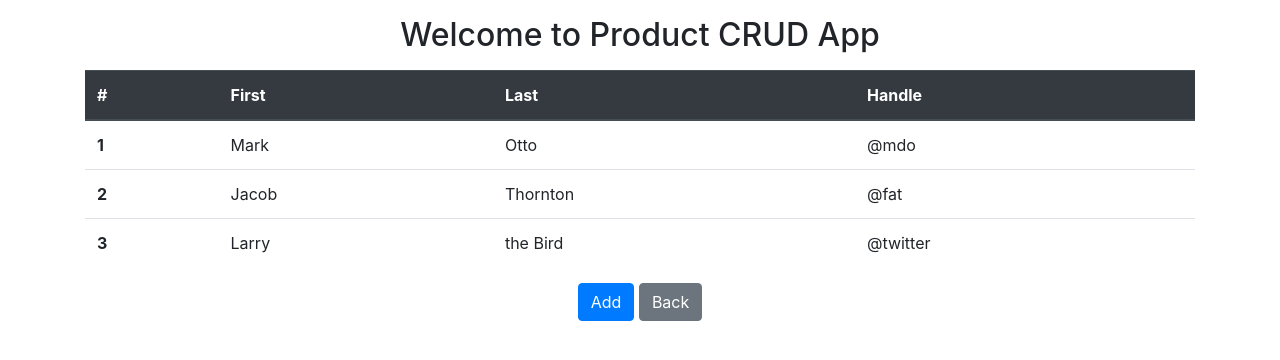
Repository: saroj789/Spring-Practice
Page: http://localhost/productcrudapp/WEB-INF/views/home.jsp
The author's editor kept a copy of each file at every save. The page is drawn from the files as they stood at one save, then again after the next save.
The browser window is 1280 px wide. The pictures show the whole page.
The page is served by Tomcat 9. Nobody is signed in. Other server files are loaded and not shown. The template is opened directly, without the code that normally fills it, so the values that code supplies are empty.

Above is the page before, as saved 2023-07-23 08:35:28.

### productcrudapp/src/main/webapp/WEB-INF/views/home.jsp
<%@ page language="java" contentType="text/html; charset=UTF-8"
    pageEncoding="UTF-8"%>
<!DOCTYPE html>
<html>
<head>
<meta charset="UTF-8">
 <%@include file="./base.jsp" %>
</head>
<body>

	<div class="container mt-3">
		<div class="row">
			<div class="col-md-12">
				<h2 class="text-center mb-3">Welcome to Product CRUD App</h2>
				<table class="table">
				  <thead class="thead-dark">
				    <tr>
				      <th scope="col">#</th>
				      <th scope="col">First</th>
				      <th scope="col">Last</th>
				      <th scope="col">Handle</th>
				    </tr>
				  </thead>
				  <tbody>
				    <tr>
				      <th scope="row">1</th>
				      <td>Mark</td>
				      <td>Otto</td>
				      <td>@mdo</td>
				    </tr>
				    <tr>
				      <th scope="row">2</th>
				      <td>Jacob</td>
				      <td>Thornton</td>
				      <td>@fat</td>
				    </tr>
				    <tr>
				      <th scope="row">3</th>
				      <td>Larry</td>
				      <td>the Bird</td>
				      <td>@twitter</td>
				    </tr>
				  </tbody>
				</table>

				<div class="container text-center">
			      <button type="submit" class="btn btn-primary">Add</button>
			      <!-- <button type="button" class="btn btn-secondary" onclick="goBack()">Back</button> -->
			      <a href="${pageContext.request.contextPath}/"
			      	  class="btn btn-secondary">Back</a>
		     	 </div>
			</div>
		</div>
	</div>

</body>
</html>

### productcrudapp/src/main/webapp/WEB-INF/views/base.jsp
<%@ page language="java" contentType="text/html; charset=UTF-8"
    pageEncoding="UTF-8"%>
<%@ taglib prefix = "c" uri = "http://java.sun.com/jsp/jstl/core" %>
<%@page isELIgnored="false" %>

 	<meta charset="utf-8">
    <meta name="viewport" content="width=device-width, initial-scale=1, shrink-to-fit=no">

    <!-- Bootstrap CSS -->
    <link rel="stylesheet" href="https://cdn.jsdelivr.net/npm/bootstrap@4.3.1/dist/css/bootstrap.min.css" integrity="sha384-ggOyR0iXCbMQv3Xipma34MD+dH/1fQ784/j6cY/iJTQUOhcWr7x9JvoRxT2MZw1T" crossorigin="anonymous">

    <title> <c:out value="${title}">Product CRUD APP</c:out> </title>

    <!-- Optional JavaScript -->
    <!-- jQuery first, then Popper.js, then Bootstrap JS -->
    <script src="https://code.jquery.com/jquery-3.3.1.slim.min.js" integrity="sha384-q8i/X+965DzO0rT7abK41JStQIAqVgRVzpbzo5smXKp4YfRvH+8abtTE1Pi6jizo" crossorigin="anonymous"></script>
    <script src="https://cdn.jsdelivr.net/npm/popper.js@1.14.7/dist/umd/popper.min.js" integrity="sha384-UO2eT0CpHqdSJQ6hJty5KVphtPhzWj9WO1clHTMGa3JDZwrnQq4sF86dIHNDz0W1" crossorigin="anonymous"></script>
    <script src="https://cdn.jsdelivr.net/npm/bootstrap@4.3.1/dist/js/bootstrap.min.js" integrity="sha384-JjSmVgyd0p3pXB1rRibZUAYoIIy6OrQ6VrjIEaFf/nJGzIxFDsf4x0xIM+B07jRM" crossorigin="anonymous"></script>

After the next save:
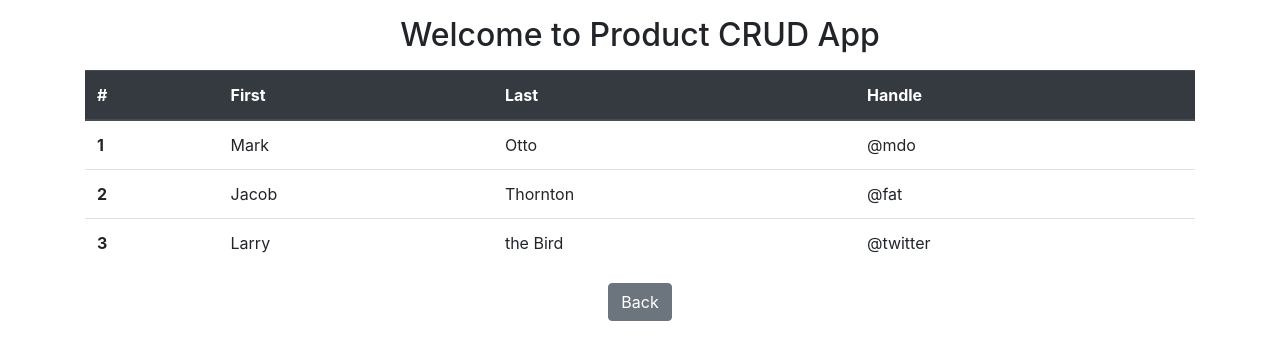
Saved 27 s later.
--- a/productcrudapp/src/main/webapp/WEB-INF/views/home.jsp
+++ b/productcrudapp/src/main/webapp/WEB-INF/views/home.jsp
@@ -44,9 +44,7 @@
 				</table>
 
 				<div class="container text-center">
-			      <button type="submit" class="btn btn-primary">Add</button>
-			      <!-- <button type="button" class="btn btn-secondary" onclick="goBack()">Back</button> -->
-			      <a href="${pageContext.request.contextPath}/"
+			      <a href="${pageContext.request.contextPath}/addproduct"
 			      	  class="btn btn-secondary">Back</a>
 		     	 </div>
 			</div>
